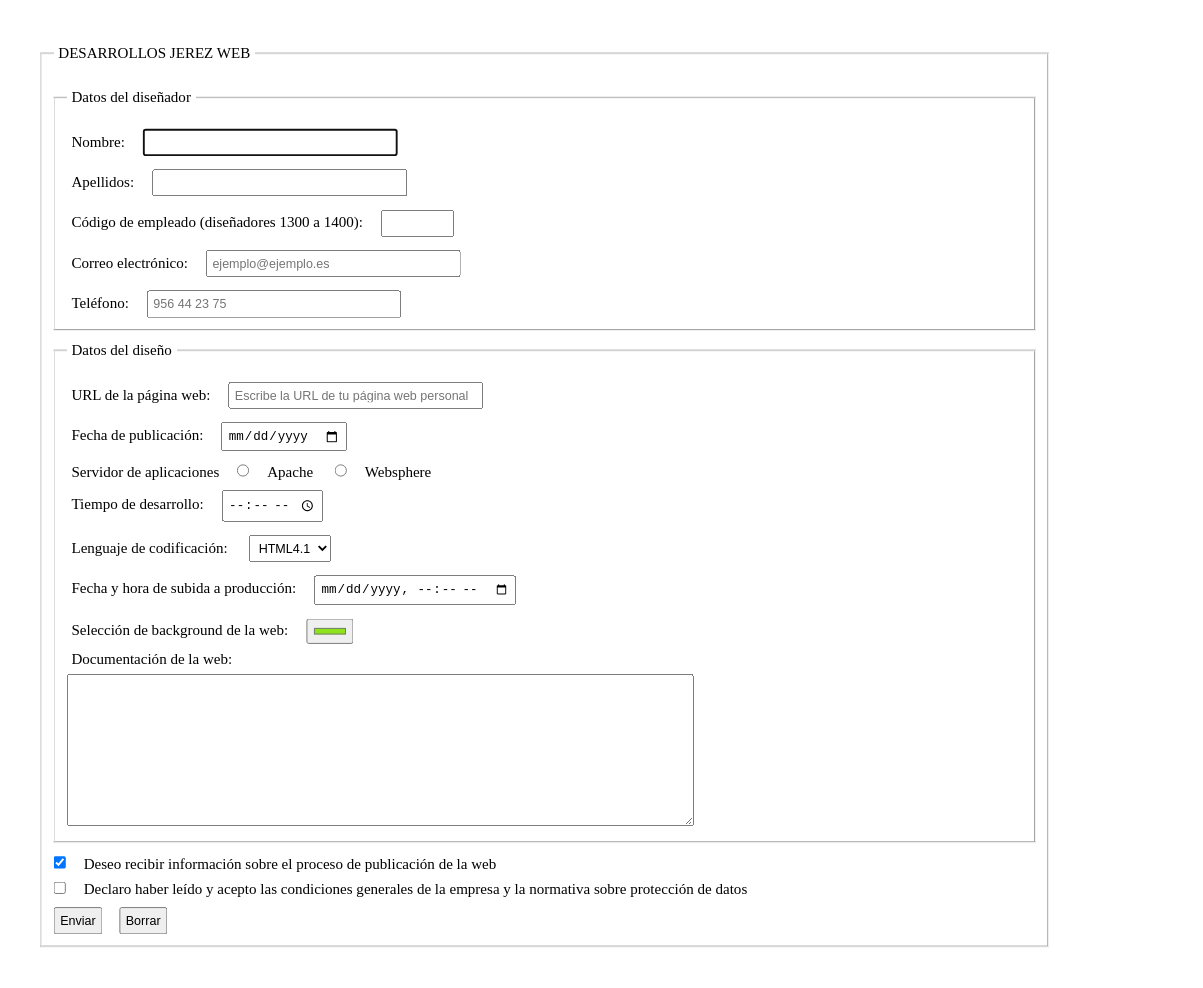
Repository: iSaan86/EV_Practica_FormularioCSS
Page: index.html
The author's editor kept a copy of each file at every save. The page is drawn from the files as they stood at one save, then again after the next save.
The browser window is 1280 px wide. The pictures show the whole page, at 94% of full size.

Above is the page before, as saved 2024-01-11 17:34:00.

After the next save:
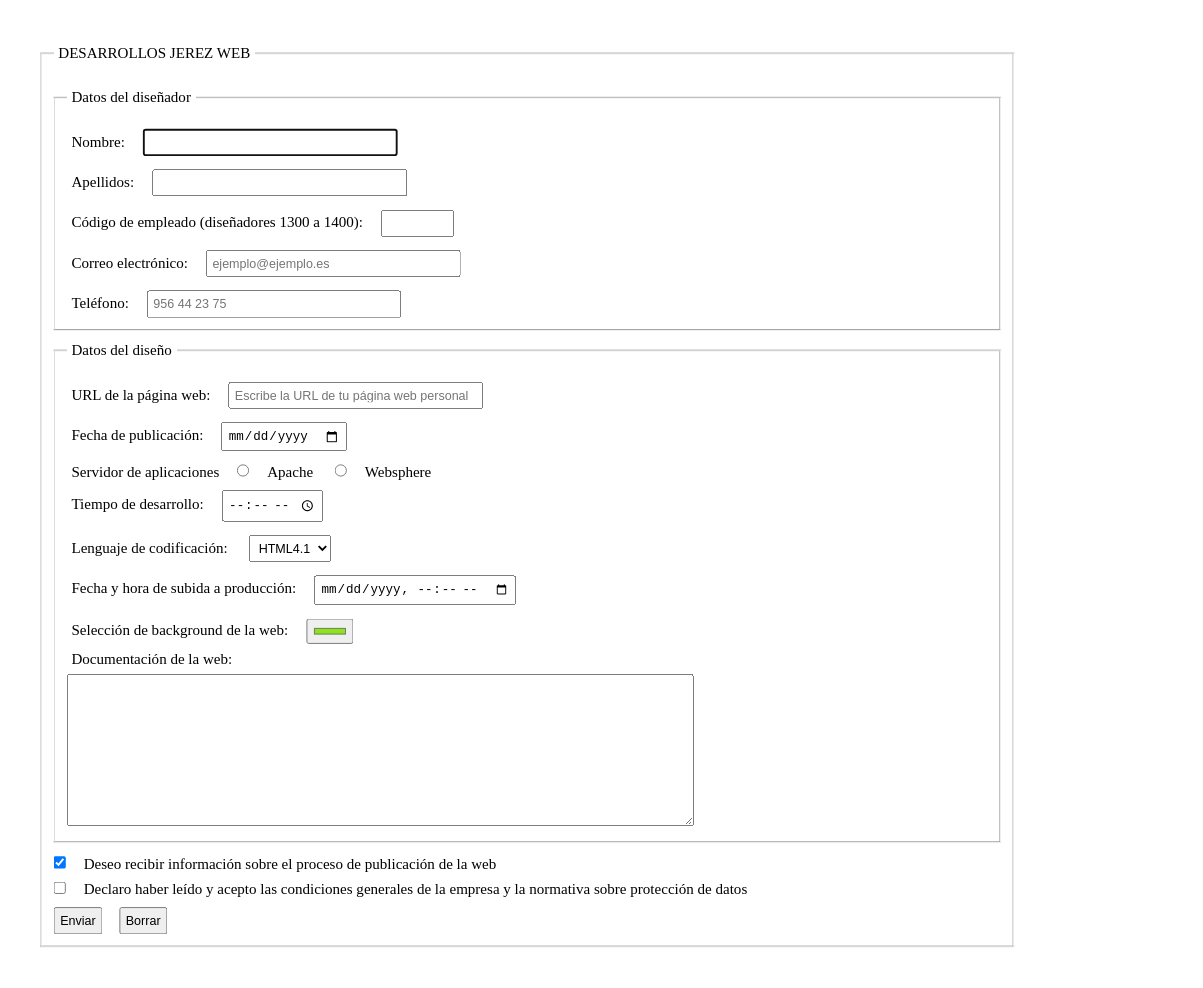
Saved 9 s later.
--- a/css/estilo.css
+++ b/css/estilo.css
@@ -6,5 +6,5 @@
     margin:7px;
 }
 body{
-    padding-right: 10%;
+    padding-right: 13%;
 }
